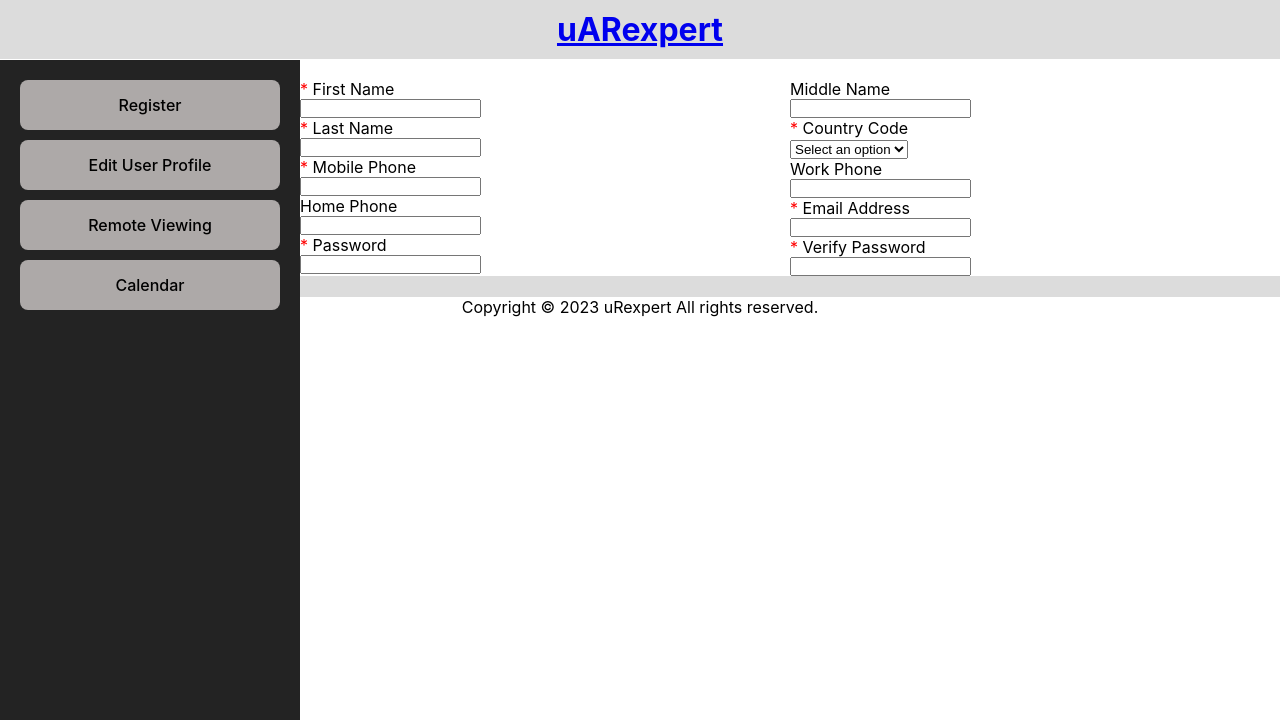
Repository: onionNguyen/Senior-Design-Project
Page: /register (app in frontend/)
An editor plug-in stored every save of this project. The page is shown before and after the next save, followed by the edit.
The browser window is 1280 px wide. The pictures show the whole page.
The page's requests for data from a server got no answer. The project was rebuilt for these pictures with package versions that can differ from the ones it lists, and the page was loaded fresh each time. No one was signed in, and anything a server would have sent is missing. Also part of the build but not shown: frontend/src/components/pages/edit-user-profile/EditProfile.module.css, frontend/src/components/pages/edit-user-profile/EditProfile.js, frontend/src/components/pages/login/Login.module.css, frontend/src/components/pages/login/Login.js, frontend/src/components/pages/home/Home.module.css, frontend/src/components/pages/error/Unauthorized.js, frontend/src/components/pages/home/Home.js, frontend/src/components/pages/error/NotFound.js and 2 more.

Above is the page before, as saved 2023-10-27 03:33:51.

After the next save:
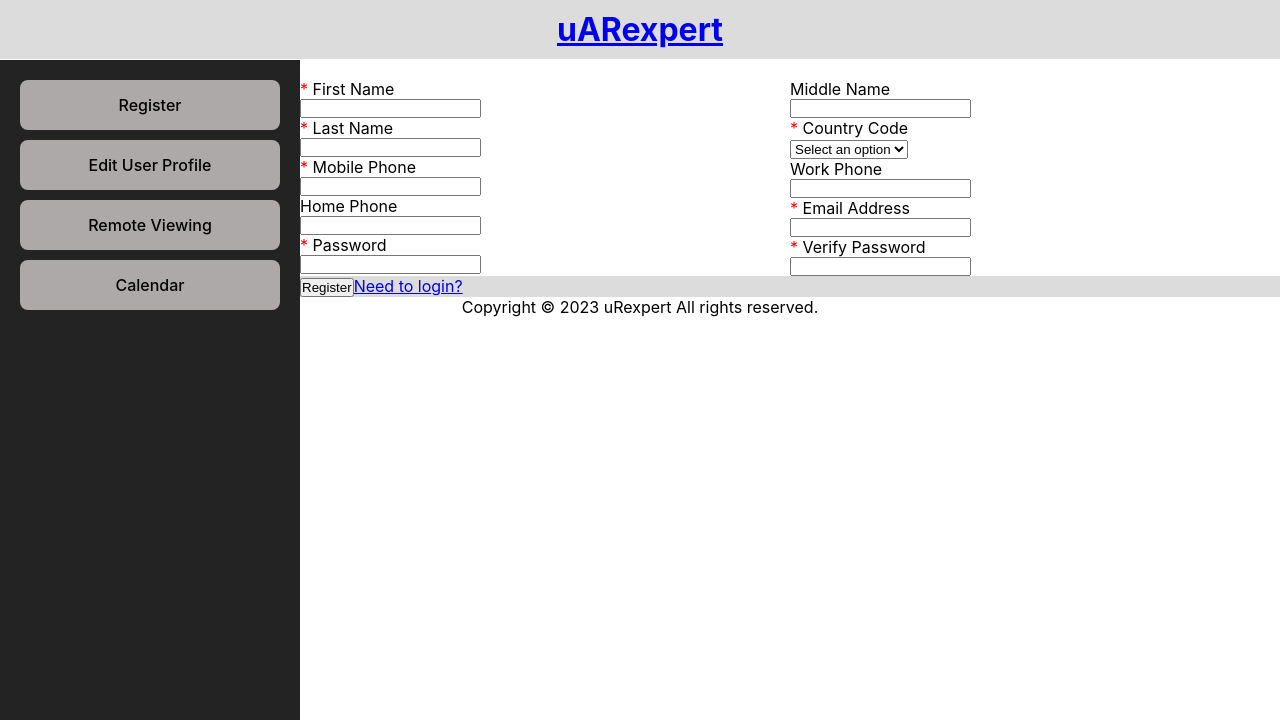
Saved 26 s later.
--- a/frontend/src/components/pages/registration/Register.module.css
+++ b/frontend/src/components/pages/registration/Register.module.css
@@ -11,4 +11,5 @@
 
 .button-ribbon {
   background-color: gainsboro;
+  margin-left: 300px;
 }
